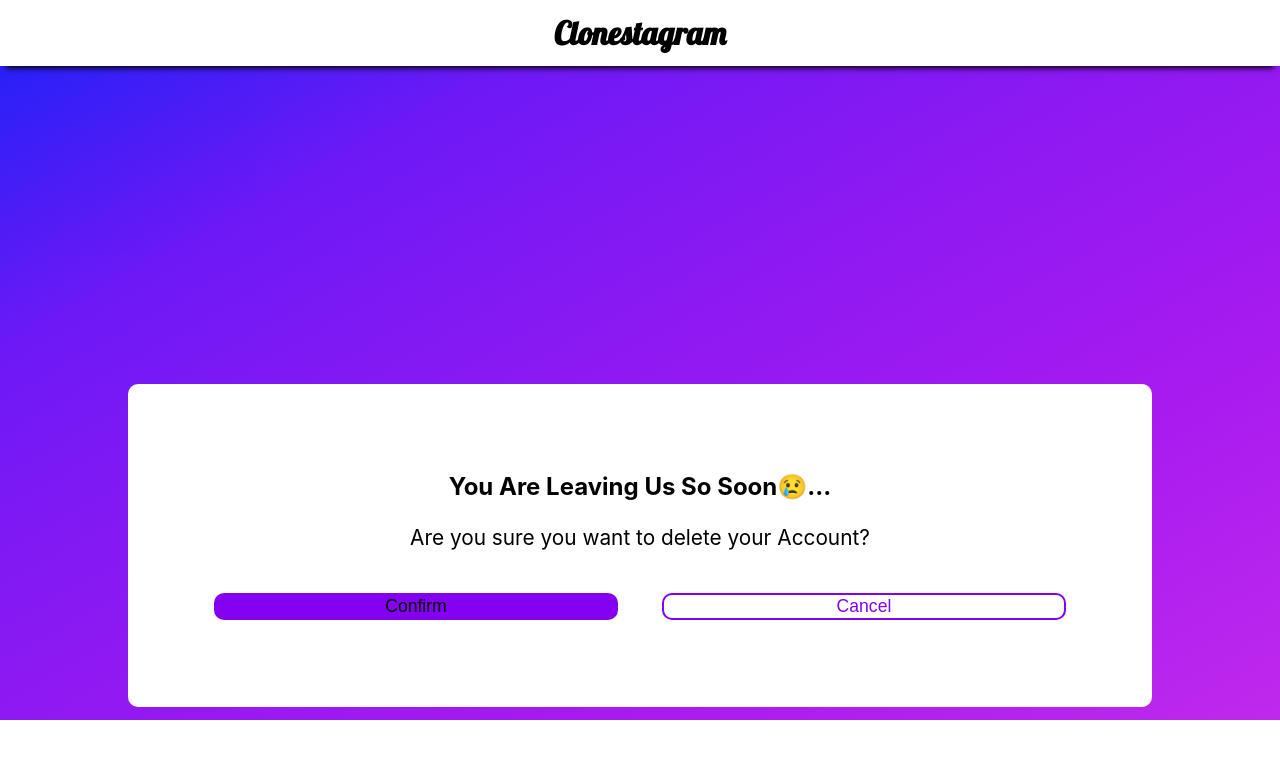
Repository: MikeMoore55/clonestagram
Page: /delaccount
An editor plug-in stored every save of this project. The page is shown before and after the next save, followed by the edit.
The browser window is 1280 px wide. The pictures show the whole page.
The page's requests for data from a server got no answer. The project was rebuilt for these pictures with package versions that can differ from the ones it lists, and the page was loaded fresh each time. The framework's server and built-in components were replaced by stand-ins that run in the browser. No one was signed in, and anything a server would have sent is missing. Also part of the build but not shown: next.config.js.

Above is the page before, as saved 2022-11-24 09:11:49.

After the next save:
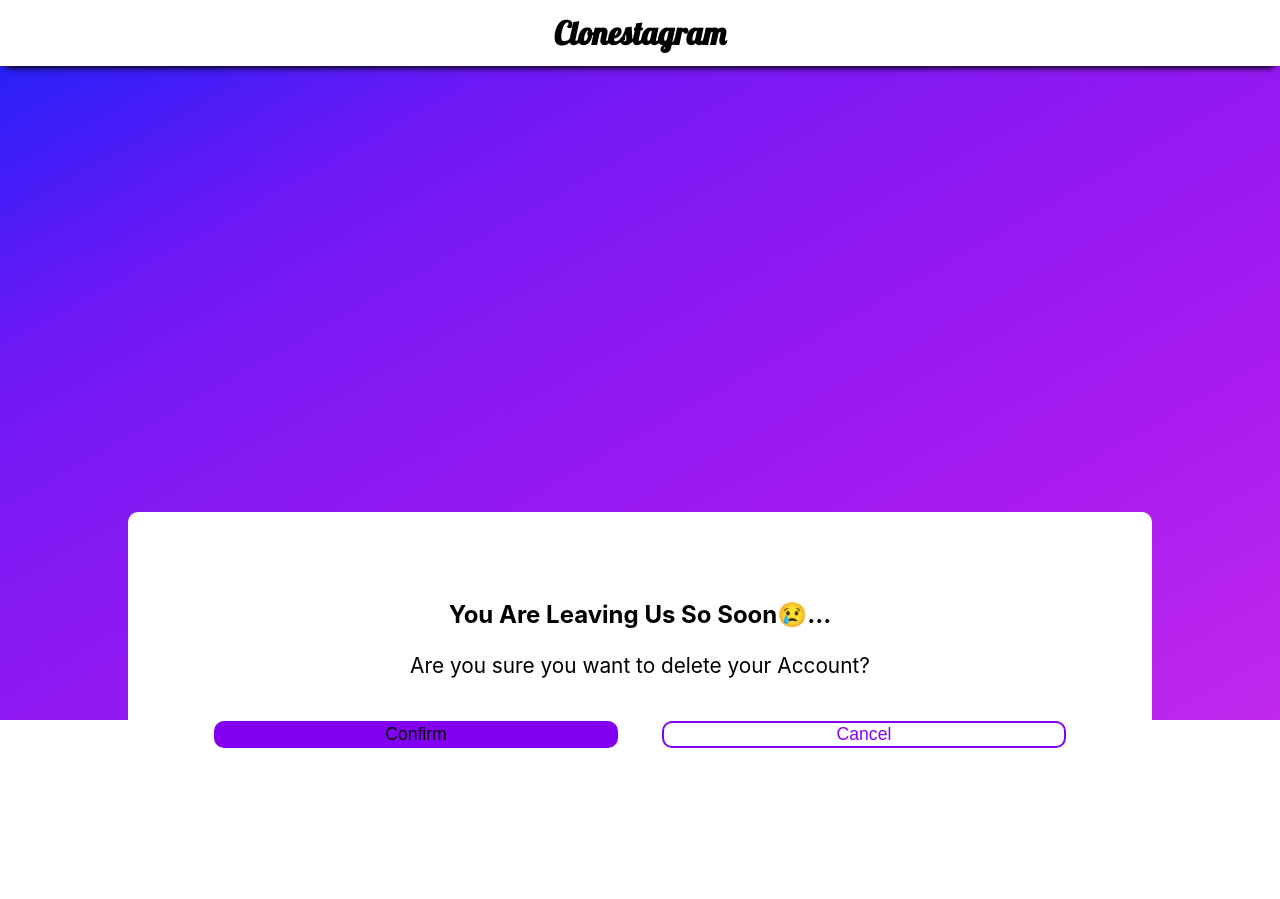
Saved 10 s later.
--- a/styles/DelAccount.module.css
+++ b/styles/DelAccount.module.css
@@ -7,7 +7,7 @@
 .block {
     position: relative;
     width: 80%;
-    margin: 10% 10% 5% 10%;
+    margin: 20% 10% 5% 10%;
     text-align: center;
     background-color: white;
     border-radius: 10px;
